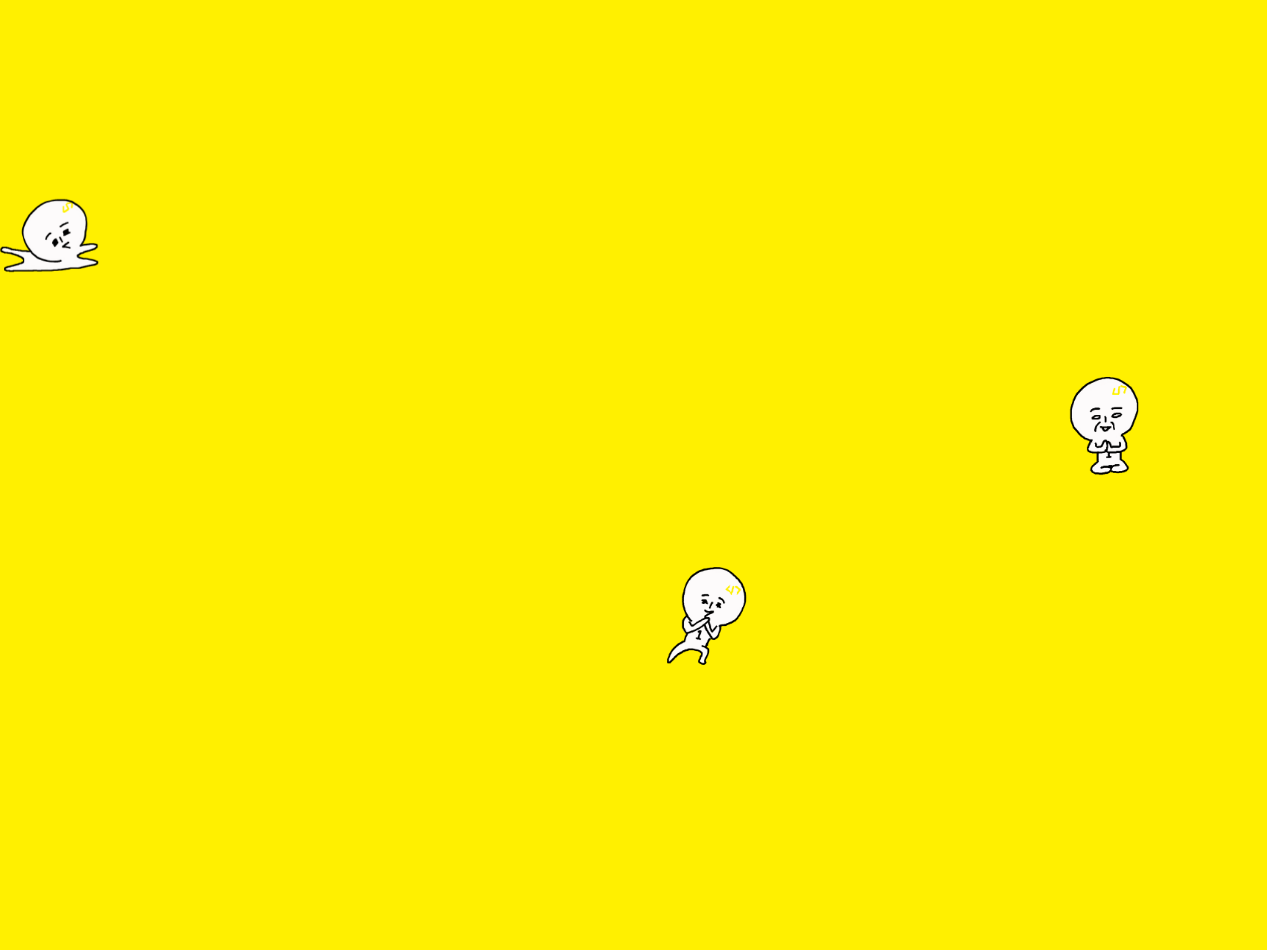
Repository: ggandory/interactiveweb
Page: Interactive_section5_4-delegation/index.html
The author's editor kept a copy of each file at every save. The page is drawn from the files as they stood at one save, then again after the next save.
The browser window is 1280 px wide. The pictures show the whole page, at 99% of full size.

Above is the page before, as saved 2024-10-08 13:33:32.

After the next save:
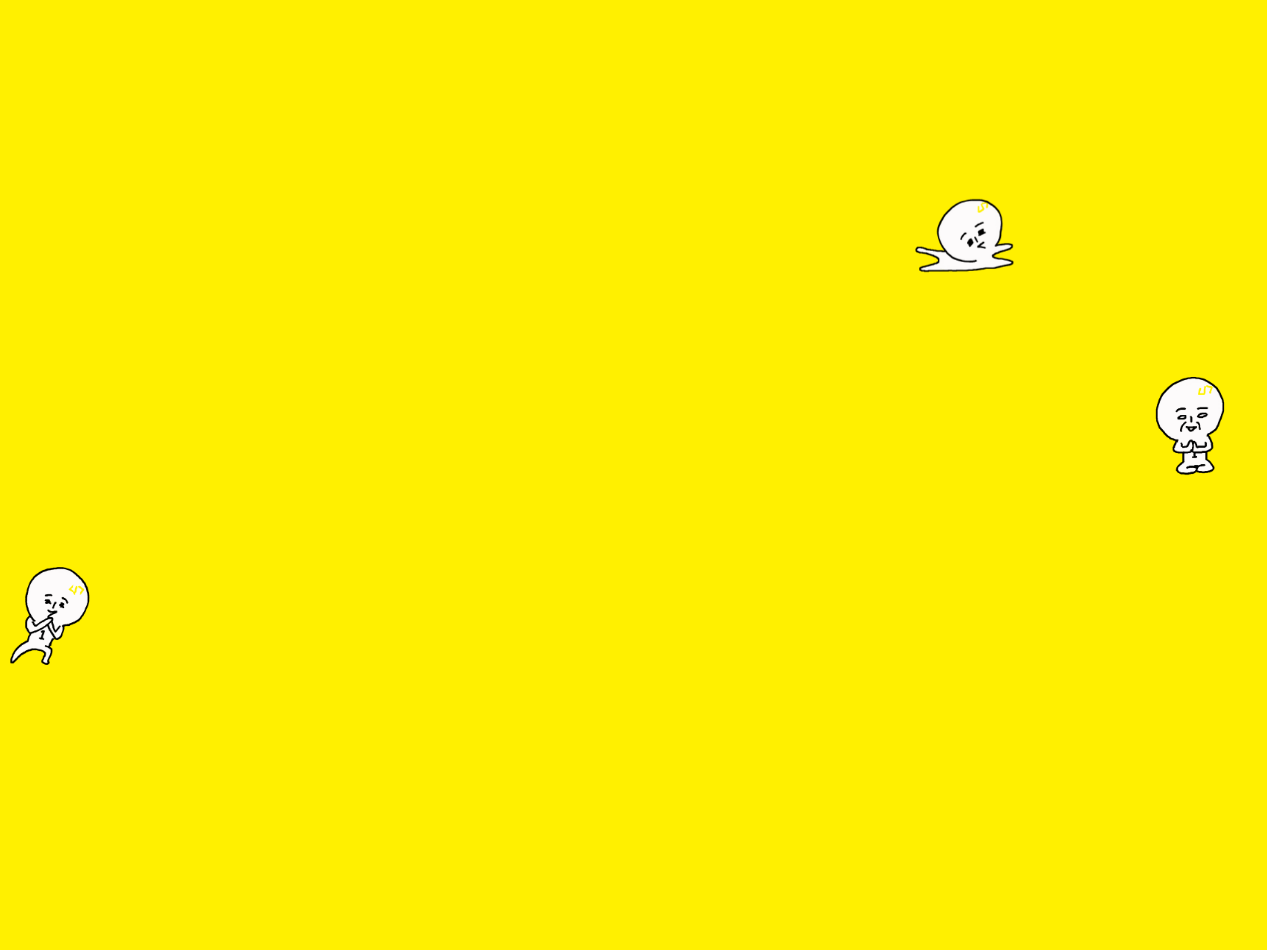
Saved 2 min 27 s later.
--- a/Interactive_section5_4-delegation/css/style.css
+++ b/Interactive_section5_4-delegation/css/style.css
@@ -29,17 +29,17 @@
   left: 0;
   bottom: 50%;
   background-image: url("../images/ilbuni_0.png");
-  animation-duration: 1.5s;
+  animation-duration: 1s;
 }
 .ilbuni.b {
   left: 0%;
   bottom: 70%;
   background-image: url("../images/ilbuni_1.png");
-  animation-duration: 2.5s;
+  animation-duration: 2s;
 }
 .ilbuni.c {
   left: 0%;
   bottom: 30%;
   background-image: url("../images/ilbuni_2.png");
-  animation-duration: 3s;
+  animation-duration: 2.5s;
 }
